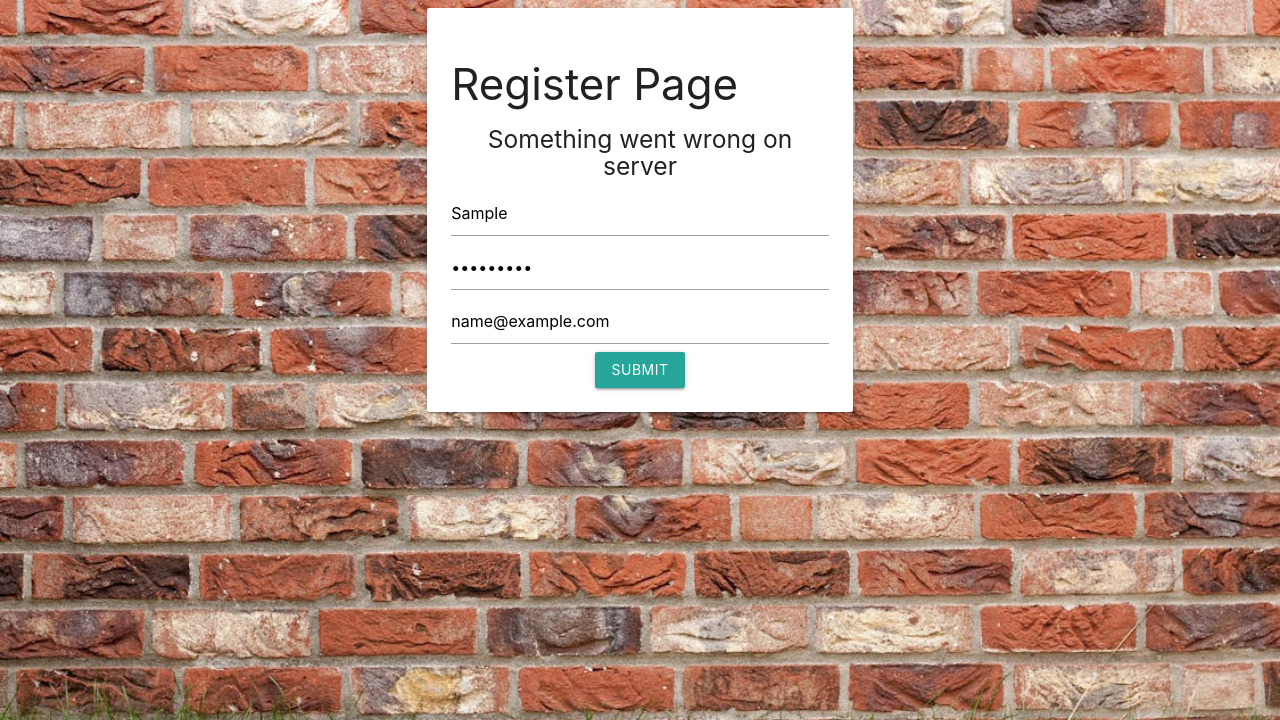
Repository: nin19/advance_java
Page: http://localhost/register-module/
An editor plug-in stored every save of this project. The page is shown before and after the next save, followed by the edit.
The browser window is 1280 px wide. The pictures show the whole page.
Empty fields were first filled with sample values (such as "Sample", 5 or name@example.com).
After loading, the first visible `#myForm` was submitted once.
The page is served by Tomcat 9.

Above is the page before, as saved 2024-10-19 08:32:35.

### servlet/register-module/src/main/webapp/signup.jsp
<%@ page language="java" contentType="text/html; charset=ISO-8859-1"
    pageEncoding="ISO-8859-1"%>
<!DOCTYPE html>
<html>
<head>
<meta charset="ISO-8859-1">
<title>SignUpPage</title>
 <!-- Compiled and minified CSS -->
    <link rel="stylesheet" href="https://cdnjs.cloudflare.com/ajax/libs/materialize/1.0.0/css/materialize.min.css">

    <!-- Compiled and minified JavaScript -->
    <script src="https://cdnjs.cloudflare.com/ajax/libs/materialize/1.0.0/js/materialize.min.js"></script>

</head>
<body style="background: url(img/background.jpeg);background-size: 100%">
	<div class="container">
		<div class="row">
			<div class="col m6 offset-m3">
				<div class="card">
					<div class="card-content">
						<h3>Register Page</h3>
						<h5 id="msg" class="center-align"></h5>
						<div class="form center-align">
							<form action="Register" method="post" id="myForm">
								<input type="text" name="user_name" placeholder="Enter Name"/>
								<input type="password" name="user_password" placeholder="Enter Password"/>
								<input type="email" name="user_email" placeholder="Enter Email"/>

								<button type="submit" class="btn">Submit</button>
							</form>
						</div>
						<div class="loader center-align" style="margin-top: 10px;display: none">
							<div class="preloader-wrapper big active">
							    <div class="spinner-layer spinner-blue-only">
							      <div class="circle-clipper left">
							        <div class="circle"></div>
							      </div><div class="gap-patch">
							        <div class="circle"></div>
							      </div><div class="circle-clipper right">
							        <div class="circle"></div>
							      </div>
							    </div>
							 </div>
							 <h5>Please wait...</h5>
						</div>
					</div>
				</div>
			</div>
		</div>
	</div>
	<script src="https://code.jquery.com/jquery-3.7.1.min.js"
	  integrity="sha256-/JqT3SQfawRcv/BIHPThkBvs0OEvtFFmqPF/lYI/Cxo="
	  crossorigin="anonymous"></script>
	 <script>
	 	$(document).ready(function () {
	 		console.log("Page is ready...");

	 		$("#myForm").on('submit',function(event){
	 			event.preventDefault();
	 			var f=$(this).serialize();
	 			console.log(f);

	 			$(".loader").show();
	 			$(".form").hide();

	 			$.ajax({
	 				url:"Register",
	 				data:f,
	 				type:"POST",
	 				success:function(data,textStatus,jqXHR) {
	 					console.log(data);
	 					console.log("SUCCESS...");
	 					$(".loader").hide();
	 		 			$(".form").show();
	 		 			if(data.trim()==='done') {
	 		 				$('#msg').html("Successfully registered");
	 		 			}else {
	 		 				$('#msg').html("Something went wrong on server");
	 		 			}
	 				},
	 				error:function(jqXHR,textStatus,errorThrown) {
	 					console.log(data);
	 					console.log("ERROR...");
	 					$(".loader").hide();
	 		 			$(".form").show();
 		 				$('#msg').html("Something went wrong on server");
	 				}
	 			})
	 		})
	 	})
	 </script>
</body>
</html>

### servlet/register-module/src/main/java/com/user/Register.java
package com.user;

import javax.servlet.http.HttpServlet;
import javax.servlet.http.HttpServletRequest;
import javax.servlet.http.HttpServletResponse;
import javax.servlet.ServletException;
import java.io.PrintWriter;
import java.sql.DriverManager;
import java.io.IOException;
//import java.sql.DriverManager;
//import java.sql.Connection;
//import java.sql.PreparedStatement;
import java.sql.*;


public class Register extends HttpServlet {

	protected void doPost(HttpServletRequest req , HttpServletResponse res) throws ServletException , IOException{
		res.setContentType("text/html;charset=UTF-8");
		try (PrintWriter out = res.getWriter()){

			// Fetching data from request
			String name = req.getParameter("user_name");
			String pass = req.getParameter("user_password");
			String email = req.getParameter("user_email");

			if(name==null || pass==null || email==null) {
				out.println("<h1>Mandatory Fields not entered </h1>");
				return;
			}
//			out.println("<h1>"+name+" "+pass+" "+email+" </h1>");

			//JDBC Connection
			try {
				Thread.sleep(2000);
				Class.forName("com.mysql.jdbc.Driver");

				Connection conn = DriverManager.getConnection("jdbc:mysql://localhost:3306/register","root","Niraj@123");


				String query = "INSERT INTO user(user_name,user_pass,user_email) VALUES(?,?,?)";
				PreparedStatement ps = conn.prepareStatement(query);

				ps.setString(1,name);
				ps.setString(2,pass);
				ps.setString(3,email);

				int ret = ps.executeUpdate();
				if(ret == 0) {
					out.println("Couldnt insert data");
					return;
				}
				out.println("done");


			}catch(ClassNotFoundException e) {
				System.out.println("JDBC class didnt load");
				out.println("error..");
				return;
			}catch(SQLException se) {
				se.printStackTrace();
				out.println("error..");
				return;
			} catch (InterruptedException e) {
				e.printStackTrace();
				out.println("error..");
				return;
			}

		}
	}
}

After the next save:
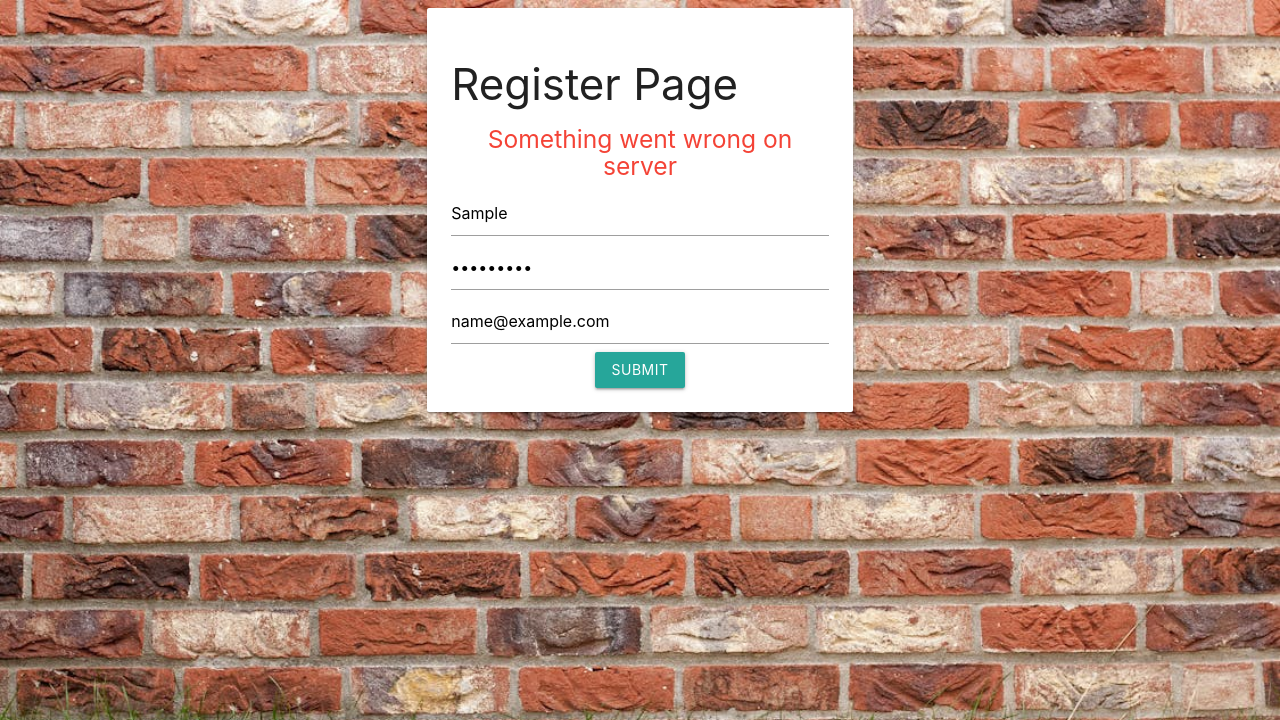
Saved 2 min 32 s later.
--- a/servlet/register-module/src/main/webapp/signup.jsp
+++ b/servlet/register-module/src/main/webapp/signup.jsp
@@ -73,9 +73,11 @@
 	 					$(".loader").hide();
 	 		 			$(".form").show();
 	 		 			if(data.trim()==='done') {
-	 		 				$('#msg').html("Successfully registered");
+	 		 				$('#msg').html("Successfully registered")
+	 		 				$('#msg').addClass('green-text')
 	 		 			}else {
-	 		 				$('#msg').html("Something went wrong on server");
+	 		 				$('#msg').html("Something went wrong on server")
+	 		 				$('#msg').addClass('red-text')
 	 		 			}
 	 				},
 	 				error:function(jqXHR,textStatus,errorThrown) {
@@ -84,6 +86,7 @@
 	 					$(".loader").hide();
 	 		 			$(".form").show();
  		 				$('#msg').html("Something went wrong on server");
+ 		 				$('#msg').addClass('red-text')
 	 				}
 	 			})
 	 		})
